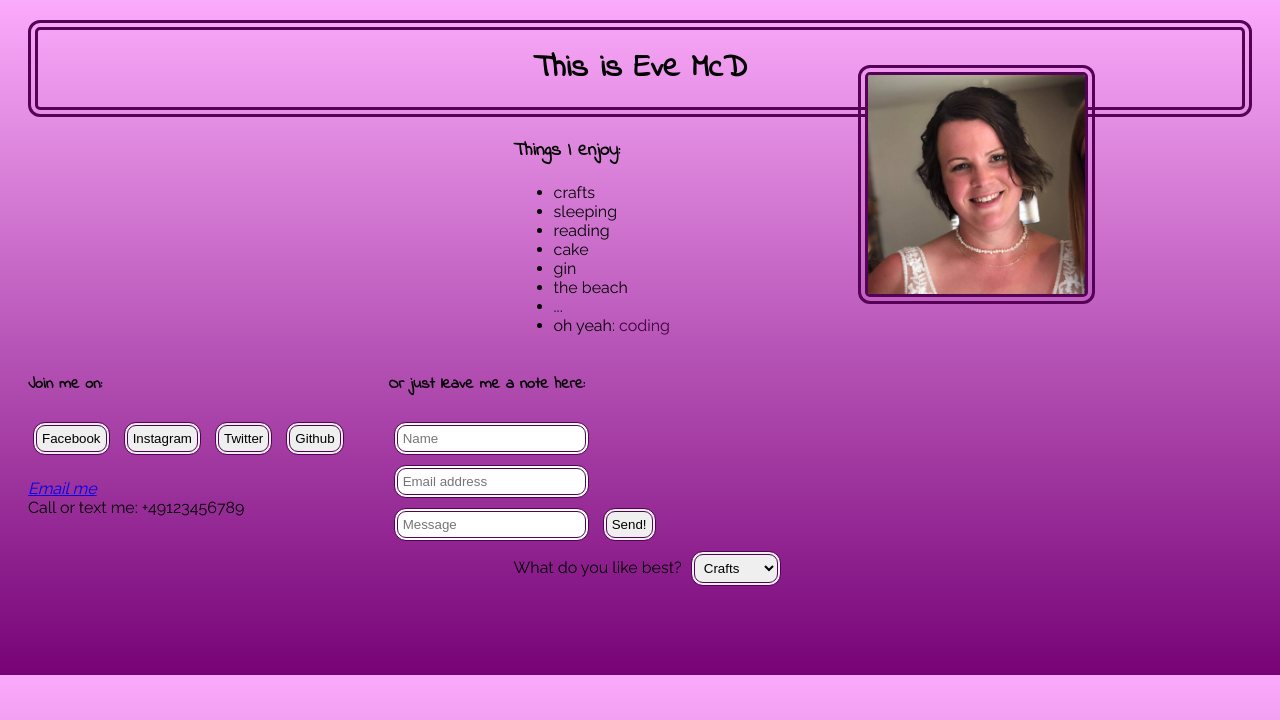
Repository: evemcd/Strive-Ignite-W1
Page: index.html
The author's editor kept a copy of each file at every save. The page is drawn from the files as they stood at one save, then again after the next save.
The browser window is 1280 px wide. The pictures show the whole page.

Above is the page before, as saved 2021-01-17 22:50:12.

After the next save:
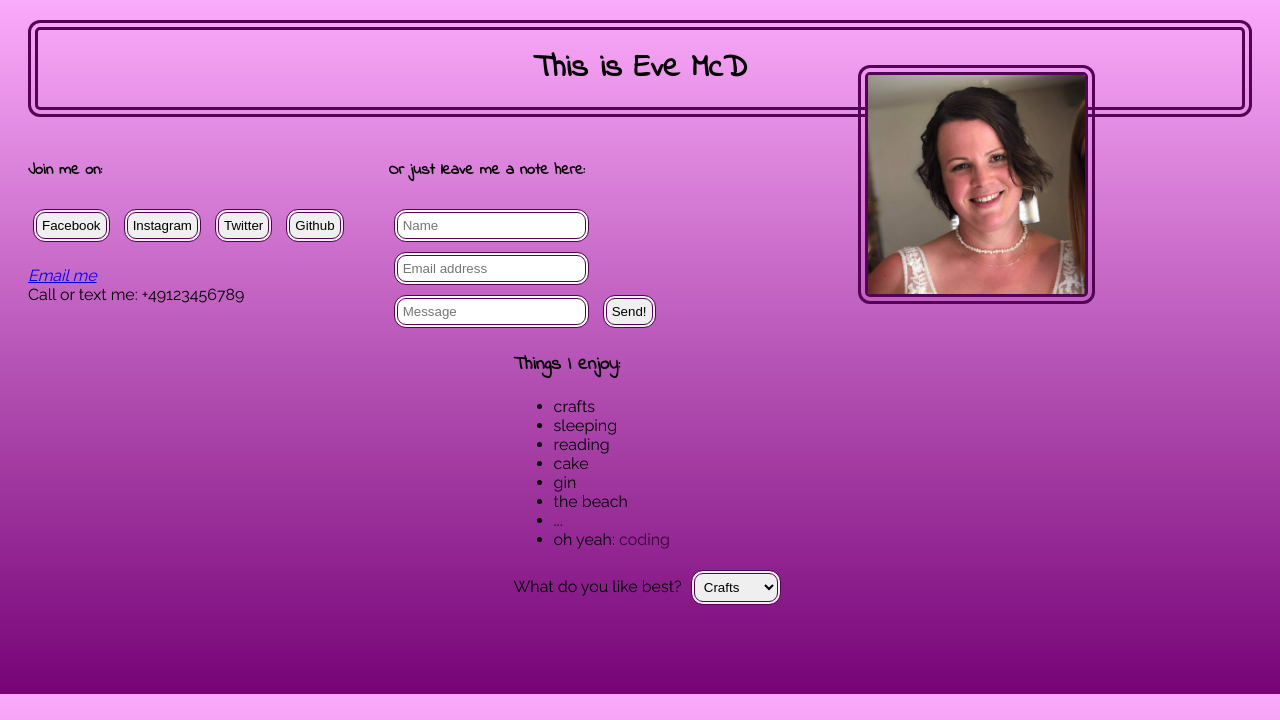
Saved 65 s later.
--- a/index.html
+++ b/index.html
@@ -16,19 +16,6 @@
             <h1>This is Eve McD</h1>
         </div>
         <img src="Eve.jpg" class="header-image" alt="photo of Eve McD" />
-    </div>
-    <div class="hobbies">
-        <h3>Things I enjoy:</h3>
-        <ul>
-            <li>crafts</li>
-            <li>sleeping</li>
-            <li>reading</li>
-            <li>cake</li>
-            <li>gin</li>
-            <li>the beach</li>
-            <li>...</li>
-            <li>oh yeah: <span style="color: rgb(59, 0, 59);">coding</span></li>
-        </ul>
     </div>
     <div class="container">
         <div class="div1">
@@ -55,6 +42,20 @@
         </div>
     </div>
     <div class="hobbies">
+        <h3>Things I enjoy:</h3>
+        <ul>
+            <li>crafts</li>
+            <li>sleeping</li>
+            <li>reading</li>
+            <li>cake</li>
+            <li>gin</li>
+            <li>the beach</li>
+            <li>...</li>
+            <li>oh yeah: <span style="color: rgb(59, 0, 59);">coding</span></li>
+        </ul>
+    </div>
+
+    <div class="hobbies">
         <label for="hobbies">What do you like best?</label>
         <select name="hobbies" id="hobbies" class="socialbutton">
             <option value="crafts">Crafts</option>
